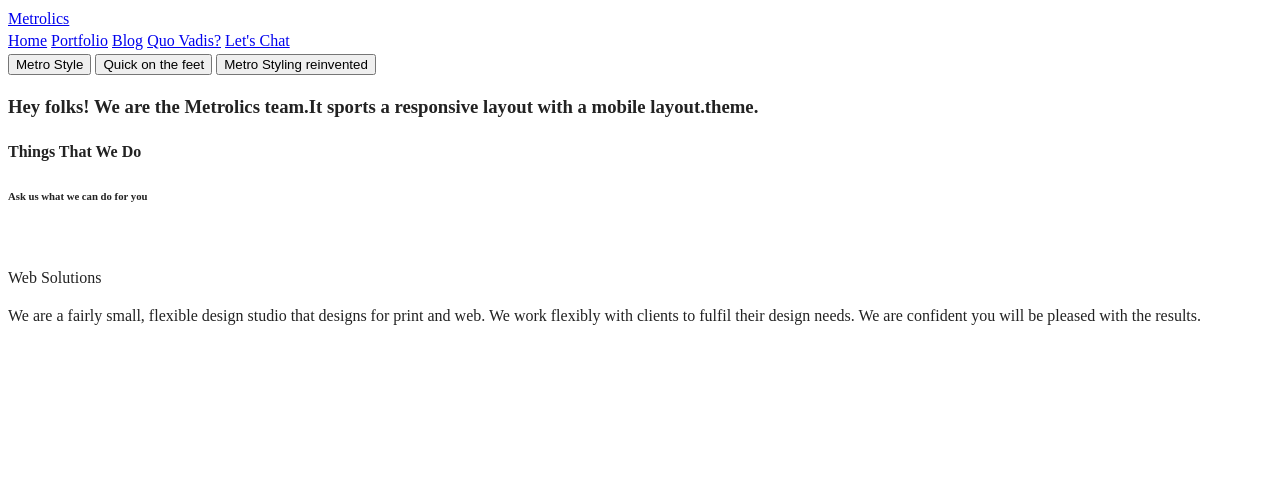
Repository: Angehyy/wk02_site
Page: index.html
These files come from the project's save history. The page is drawn as it stood at one moment and after a run of saves; the edit follows.
The browser window is 1280 px wide. The pictures show the whole page.

Above is the page before, as saved 2025-01-19 19:36:16.

### index.html
<!doctype html>
<html class="no-js" lang="">

<head>
  <meta charset="utf-8">
  <meta name="viewport" content="width=device-width, initial-scale=1">
  <title>Metrolics</title>
  <link rel="stylesheet" href="css/style.css">
  <meta name="description" content="Learn about Metrolics">

  <meta property="og:title" content="">
  <meta property="og:type" content="">
  <meta property="og:url" content="">
  <meta property="og:image" content="">
  <meta property="og:image:alt" content="">

  <link rel="icon" href="/favicon.ico" sizes="any">
  <link rel="icon" href="/icon.svg" type="image/svg+xml">
  <link rel="apple-touch-icon" href="icon.png">

  <link rel="manifest" href="site.webmanifest">
  <meta name="theme-color" content="#fafafa">
</head>

<body>
  <header>
    <div>
      <a href="#default">Metrolics</a>
      <div>
        <a href="#home">Home</a>
        <a href="#portfolio">Portfolio</a>
        <a href="#blog">Blog</a>
        <a href="#quovadis">Quo Vadis?</a>
        <a href="chat">Let's Chat</a>
      </div>
    </div>
  </header>

  <main>
    <div>
      <button>Metro Style</button>
      <button>Quick on the feet</button>
      <button>Metro Styling reinvented</button>
      <img src="" alt="">
    </div>

    <h3>Hey folks! We are the <span>Metrolics</span> team.It sports a responsive layout with a mobile layout.theme.</h3>

    <section>
      <h4>Things That We Do</h4>
      <h6>Ask us what we can do for you</h6>
    </section>

    <div class="container">
      <div class="item">
        <img src="" alt="">
        <p class="">Web Solutions</p>
        <p>We are a fairly small, flexible design studio that designs for print and web. We work flexibly with clients to fulfil their design needs. We are confident you will be pleased with the results.</p>
      </div>
    </div>
  </main>

  <script src="js/app.js"></script>

</body>

</html>

### css/style.css
/*! HTML5 Boilerplate v9.0.1 | MIT License | https://html5boilerplate.com/ */

/* main.css 3.0.0 | MIT License | https://github.com/h5bp/main.css#readme */
/*
 * What follows is the result of much research on cross-browser styling.
 * Credit left inline and big thanks to Nicolas Gallagher, Jonathan Neal,
 * Kroc Camen, and the H5BP dev community and team.
 */

/* ==========================================================================
   Base styles: opinionated defaults
   ========================================================================== */

html {
  color: #222;
  font-size: 1em;
  line-height: 1.4;
}

/*
 * Remove text-shadow in selection highlight:
 * https://twitter.com/miketaylr/status/12228805301
 *
 * Customize the background color to match your design.
 */

::-moz-selection {
  background: #b3d4fc;
  text-shadow: none;
}

::selection {
  background: #b3d4fc;
  text-shadow: none;
}

/*
 * A better looking default horizontal rule
 */

hr {
  display: block;
  height: 1px;
  border: 0;
  border-top: 1px solid #ccc;
  margin: 1em 0;
  padding: 0;
}

/*
 * Remove the gap between audio, canvas, iframes,
 * images, videos and the bottom of their containers:
 * https://github.com/h5bp/html5-boilerplate/issues/440
 */

audio,
canvas,
iframe,
img,
svg,
video {
  vertical-align: middle;
}

/*
 * Remove default fieldset styles.
 */

fieldset {
  border: 0;
  margin: 0;
  padding: 0;
}

/*
 * Allow only vertical resizing of textareas.
 */

textarea {
  resize: vertical;
}

/* ==========================================================================
   Author's custom styles
   ========================================================================== */

/* ==========================================================================
   Helper classes
   ========================================================================== */

/*
 * Hide visually and from screen readers
 */

.hidden,
[hidden] {
  display: none !important;
}

/*
 * Hide only visually, but have it available for screen readers:
 * https://snook.ca/archives/html_and_css/hiding-content-for-accessibility
 *
 * 1. For long content, line feeds are not interpreted as spaces and small width
 *    causes content to wrap 1 word per line:
 *    https://medium.com/@jessebeach/beware-smushed-off-screen-accessible-text-5952a4c2cbfe
 */

.visually-hidden {
  border: 0;
  clip: rect(0, 0, 0, 0);
  height: 1px;
  margin: -1px;
  overflow: hidden;
  padding: 0;
  position: absolute;
  white-space: nowrap;
  width: 1px;
  /* 1 */
}

/*
 * Extends the .visually-hidden class to allow the element
 * to be focusable when navigated to via the keyboard:
 * https://www.drupal.org/node/897638
 */

.visually-hidden.focusable:active,
.visually-hidden.focusable:focus {
  clip: auto;
  height: auto;
  margin: 0;
  overflow: visible;
  position: static;
  white-space: inherit;
  width: auto;
}

/*
 * Hide visually and from screen readers, but maintain layout
 */

.invisible {
  visibility: hidden;
}

/*
 * Clearfix: contain floats
 *
 * The use of `table` rather than `block` is only necessary if using
 * `::before` to contain the top-margins of child elements.
 */

.clearfix::before,
.clearfix::after {
  content: "";
  display: table;
}

.clearfix::after {
  clear: both;
}

/* ==========================================================================
   EXAMPLE Media Queries for Responsive Design.
   These examples override the primary ('mobile first') styles.
   Modify as content requires.
   ========================================================================== */

@media only screen and (min-width: 35em) {
  /* Style adjustments for viewports that meet the condition */
}

@media print,
  (-webkit-min-device-pixel-ratio: 1.25),
  (min-resolution: 1.25dppx),
  (min-resolution: 120dpi) {
  /* Style adjustments for high resolution devices */
}

/* ==========================================================================
   Print styles.
   Inlined to avoid the additional HTTP request:
   https://www.phpied.com/delay-loading-your-print-css/
   ========================================================================== */

@media print {
  *,
  *::before,
  *::after {
    background: #fff !important;
    color: #000 !important;
    /* Black prints faster */
    box-shadow: none !important;
    text-shadow: none !important;
  }

  a,
  a:visited {
    text-decoration: underline;
  }

  a[href]::after {
    content: " (" attr(href) ")";
  }

  abbr[title]::after {
    content: " (" attr(title) ")";
  }

  /*
   * Don't show links that are fragment identifiers,
   * or use the `javascript:` pseudo protocol
   */
  a[href^="#"]::after,
  a[href^="javascript:"]::after {
    content: "";
  }

  pre {
    white-space: pre-wrap !important;
  }

  pre,
  blockquote {
    border: 1px solid #999;
    page-break-inside: avoid;
  }

  tr,
  img {
    page-break-inside: avoid;
  }

  p,
  h2,
  h3 {
    orphans: 3;
    widows: 3;
  }

  h2,
  h3 {
    page-break-after: avoid;
  }
}

Loaded but not shown: js/app.js (no stored copy; drawn as an empty file)

After the next 2 saves:
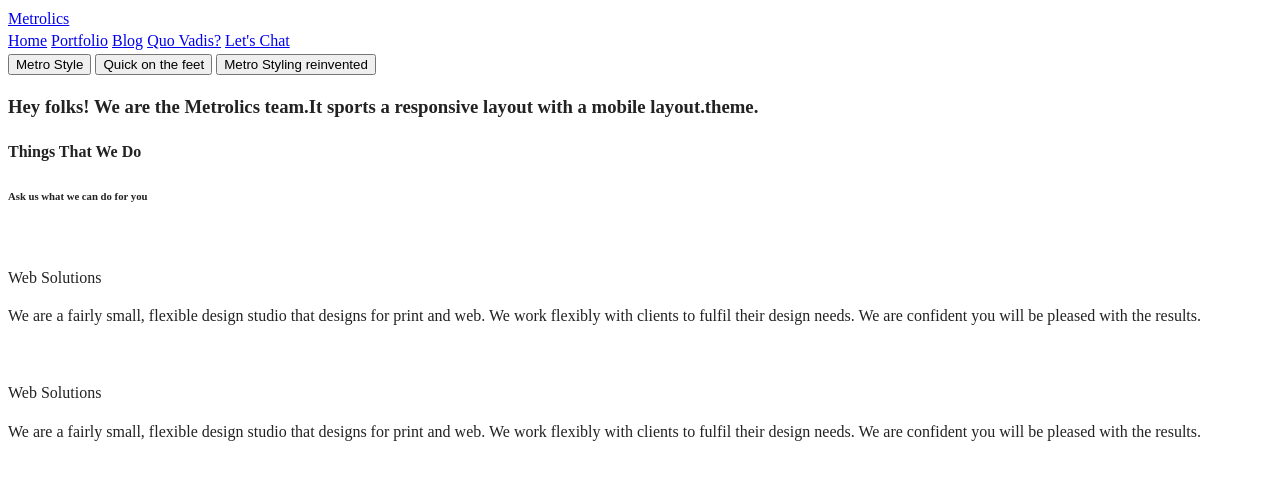
The 2 saves are shown as one change because they came seconds apart.
The last was saved 64 s later.
--- a/index.html
+++ b/index.html
@@ -57,6 +57,11 @@
         <p class="">Web Solutions</p>
         <p>We are a fairly small, flexible design studio that designs for print and web. We work flexibly with clients to fulfil their design needs. We are confident you will be pleased with the results.</p>
       </div>
+      <div class="item"></div>
+        <img src="" alt="">
+        <p class="">Web Solutions</p>
+        <p>We are a fairly small, flexible design studio that designs for print and web. We work flexibly with clients to fulfil their design needs. We are confident you will be pleased with the results.</p>
+      </div>
     </div>
   </main>
 

After the 2 saves that followed:
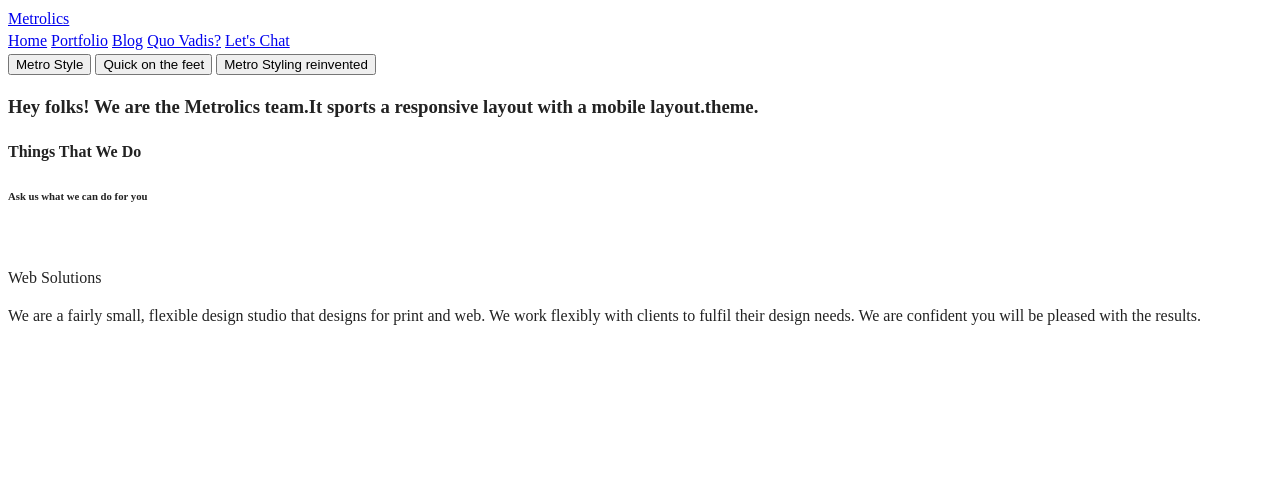
The 2 saves are shown as one change because 1 left the picture as it was.
The last was saved 14 s later.
--- a/index.html
+++ b/index.html
@@ -57,11 +57,7 @@
         <p class="">Web Solutions</p>
         <p>We are a fairly small, flexible design studio that designs for print and web. We work flexibly with clients to fulfil their design needs. We are confident you will be pleased with the results.</p>
       </div>
-      <div class="item"></div>
-        <img src="" alt="">
-        <p class="">Web Solutions</p>
-        <p>We are a fairly small, flexible design studio that designs for print and web. We work flexibly with clients to fulfil their design needs. We are confident you will be pleased with the results.</p>
-      </div>
+
     </div>
   </main>
 
